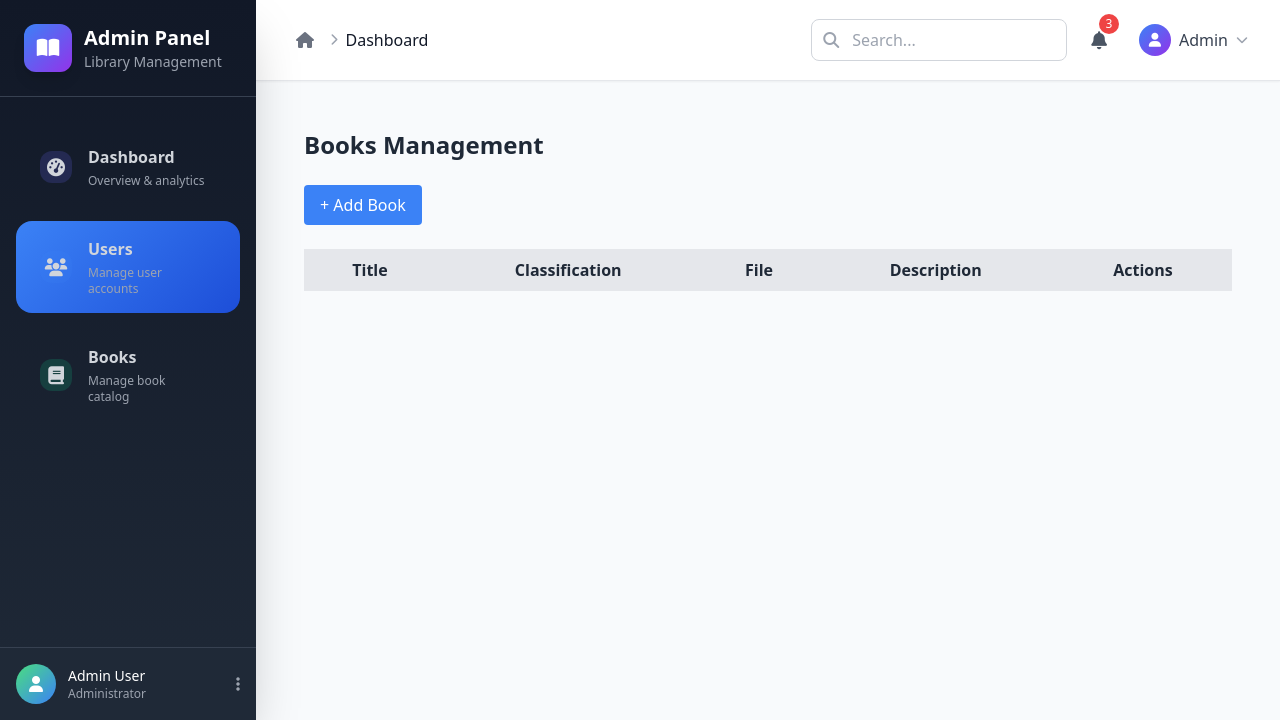
Repository: daffa-alif/lomba-NeuroGamy
Page: resources/views/Admin/books/index.blade.php
The author's editor kept a copy of each file at every save. The page is drawn from the files as they stood at one save, then again after the next save.
The browser window is 1280 px wide. The pictures show the whole page.
Some web libraries are served in a nearby version. The page is served by the project's Laravel application, run on PHP 8.4 with Laravel 12. The template is opened directly, without the code that normally fills it, so the values that code supplies are empty.

Above is the page before, as saved 2025-09-19 23:20:54.

After the next save:
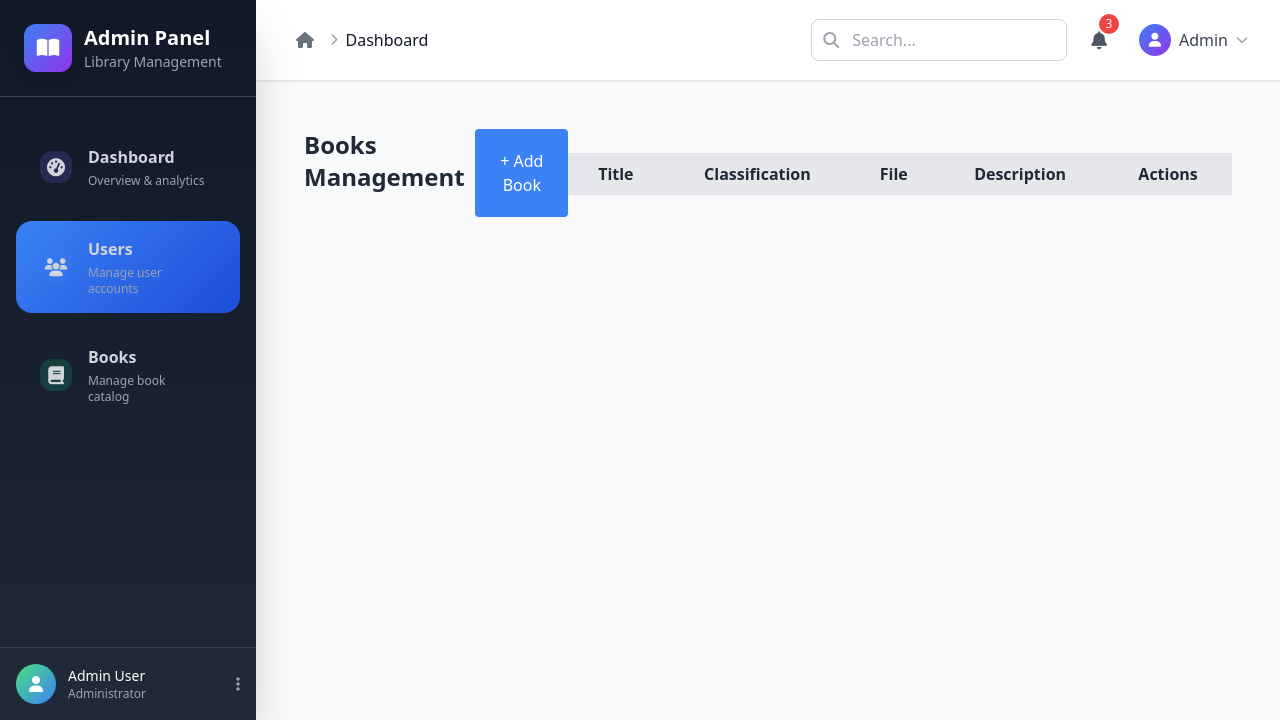
Saved 87 s later.
--- a/resources/views/Admin/books/index.blade.php
+++ b/resources/views/Admin/books/index.blade.php
@@ -1,7 +1,7 @@
 @extends('Admin.AdminLayouts.app')
 
 @section('content')
-<div class="container mx-auto p-6">
+<div class="container mx-auto p-6 flex">
     <h1 class="text-2xl font-bold mb-6">Books Management</h1>
 
     <!-- Add Book Button -->

After the save that followed:
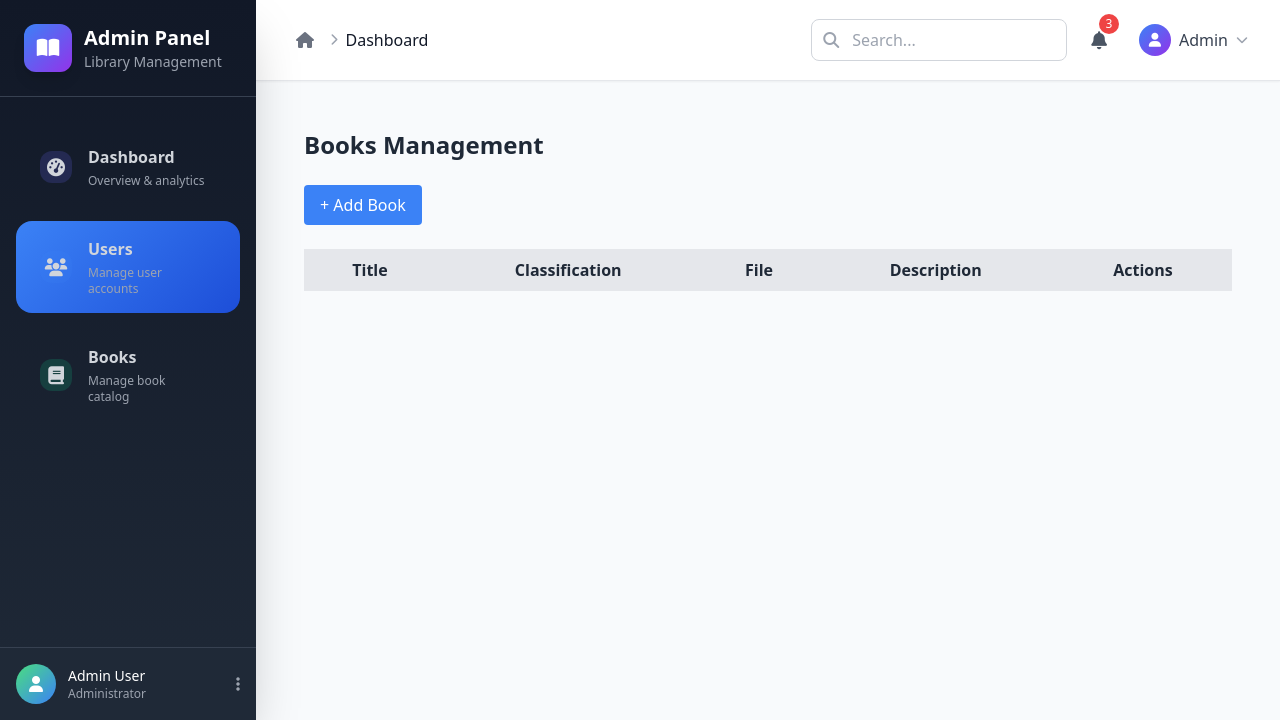
Saved 7 s later.
--- a/resources/views/Admin/books/index.blade.php
+++ b/resources/views/Admin/books/index.blade.php
@@ -1,7 +1,7 @@
 @extends('Admin.AdminLayouts.app')
 
 @section('content')
-<div class="container mx-auto p-6 flex">
+<div class="container mx-auto p-6">
     <h1 class="text-2xl font-bold mb-6">Books Management</h1>
 
     <!-- Add Book Button -->
